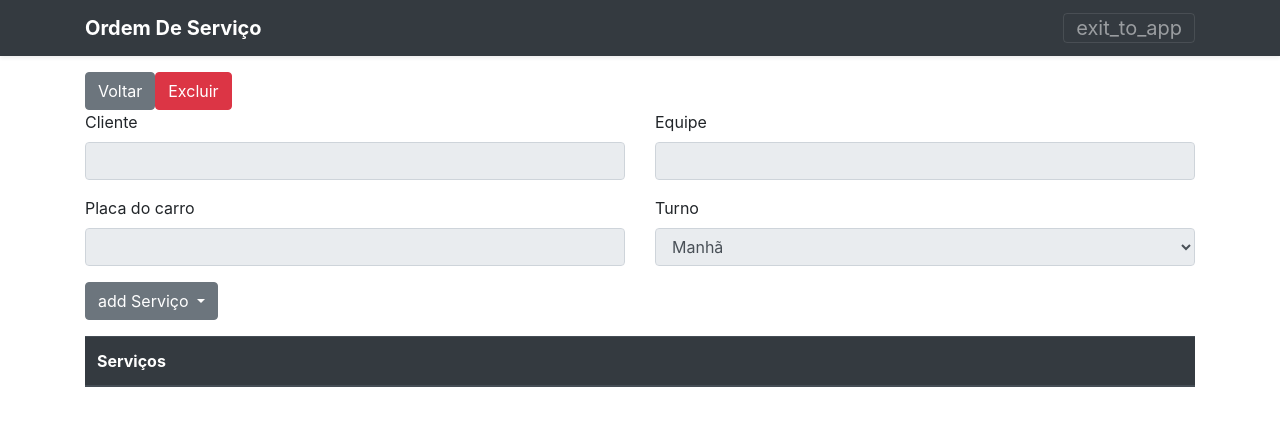
Repository: rodrigogermano/PGPARQ01C1.2N.P1.JAVA
Page: http://localhost/AppManutencaoMVC/WEB-INF/jsp/ordemdeservico/detalhe.jsp
The author's editor kept a copy of each file at every save. The page is drawn from the files as they stood at one save, then again after the next save.
The browser window is 1280 px wide. The pictures show the whole page.
The page is served by Tomcat 9. Nobody is signed in. Other server files are loaded and not shown. The template is opened directly, without the code that normally fills it, so the values that code supplies are empty.

Above is the page before, as saved 2020-04-12 19:45:48.

### AppManutencaoMVC/AppManutencaoMVC/src/main/webapp/WEB-INF/jsp/ordemdeservico/detalhe.jsp
<%@ page language="java" contentType="text/html; charset=ISO-8859-1"
    pageEncoding="ISO-8859-1"%>
<%@ taglib prefix="spring" uri="http://www.springframework.org/tags"%>
<%@ taglib prefix='c' uri='http://java.sun.com/jsp/jstl/core' %>

<jsp:include page='../master/header.jsp'></jsp:include>
<jsp:include page='../master/menu.jsp'></jsp:include>

<div class="container mt-3">

	<div class="row">
		<div class="col-12">
			<div class="btn-toolbar" role="toolbar" aria-label="Toolbar with button groups">
				<a href="/home">
					<div class="btn-group" role="group" aria-label="Third group">
				    	<button type="button" class="btn btn-secondary">Voltar</button>
				  	</div>
			  	</a>
			  	<a href="/solicitacao/${solicitacao.getId()}/excluir">
					<div class="btn-group" role="group" aria-label="Third group">
				    	<button type="button" class="btn btn-danger">Excluir</button>
				  	</div>
			  	</a>
			</div>
		</div>
	</div>

	<div class="row">
		<div class="col-6">
			<div class="form-group">
		    	<label>Cliente</label>
		    	<input type="text" class="form-control" value="${solicitacao.getCliente().getNome()}" readonly>
		  	</div>
		</div>
		<div class="col-6">
			<div class="form-group">
		    	<label>Equipe</label>
		    	<input type="text" class="form-control" value="${solicitacao.getEquipe()}" readonly>
		  	</div>
		</div>
	</div>

	<div class="row">
		<div class="col-6">
			<div class="form-group">
		    	<label>Placa do carro</label>
		    	<input type="text" class="form-control" value="${solicitacao.getPlacaDoCarro()}" readonly>
		  	</div>
		</div>
		<div class="col-6">
			<div class="form-group">
		    	<label>Turno</label>
		    	<select class="form-control" value="${solicitacao.getTurno()}" disabled>
		    		<option value="1">Manhã</option>
		    		<option value="2">Tarde</option>
		    		<option value="3">Noite</option>
		    	</select>
		  	</div>
		</div>
	</div>


	<div class="btn-group" role="group" aria-label="Button group with nested dropdown">
	  <div class="btn-group" role="group">
	    <button id="btnGroupDrop1" type="button" class="btn btn-secondary dropdown-toggle" data-toggle="dropdown" aria-haspopup="true" aria-expanded="false">
	      <span class="material-icons">add</span> Serviço
	    </button>
	    <div class="dropdown-menu" aria-labelledby="btnGroupDrop1">
	      <a class="dropdown-item" href="/solicitacao/${solicitacao.getId()}/corretiva">Corretiva</a>
	      <a class="dropdown-item" href="/solicitacao/${solicitacao.getId()}/preditiva">Preditiva</a>
	      <a class="dropdown-item" href="/solicitacao/${solicitacao.getId()}/preventiva">Preventiva</a>
	    </div>
	  </div>
	</div>


	<table class="table table-striped mt-3">
	  <thead class="thead-dark">
	    <tr>
	      <th scope="col">Serviços</th>
	    </tr>
	  </thead>
	  <tbody>
	  	<c:forEach var="ordem" items="${solicitacao.getOrdensDeServico()}">
		    <tr>
		      <td>${ordem}</td>
		    </tr>
		</c:forEach>
	  </tbody>
	</table>


</div>
<jsp:include page='../master/footer.jsp'></jsp:include>

### AppManutencaoMVC/AppManutencaoMVC/src/main/webapp/WEB-INF/jsp/master/header.jsp
<%@ page language="java" contentType="text/html; charset=ISO-8859-1"
    pageEncoding="ISO-8859-1"%>
<%@ taglib prefix="spring" uri="http://www.springframework.org/tags"%>

<spring:url var="img" value="/resources/images"/>
<spring:url var="css" value="/resources/css"/>

<!DOCTYPE html>
<html>
<head>
<meta charset="ISO-8859-1">
<meta name="viewport" content="width=device-width, initial-scale=1, shrink-to-fit=no">
<link rel="stylesheet" href="https://stackpath.bootstrapcdn.com/bootstrap/4.4.1/css/bootstrap.min.css" integrity="sha384-Vkoo8x4CGsO3+Hhxv8T/Q5PaXtkKtu6ug5TOeNV6gBiFeWPGFN9MuhOf23Q9Ifjh" crossorigin="anonymous">
<link href="https://fonts.googleapis.com/icon?family=Material+Icons"
      rel="stylesheet">
<link rel='shortcut icon' type='image/x-icon' href='${img}/favicon.ico' />
<title>Infnet - Ordem de serviço</title>
</head>
<body>

### AppManutencaoMVC/AppManutencaoMVC/src/main/webapp/WEB-INF/jsp/master/menu.jsp
<%@ page language="java" contentType="text/html; charset=ISO-8859-1"
    pageEncoding="ISO-8859-1"%>
<header>
  <div class="navbar navbar-dark bg-dark shadow-sm">
    <div class="container d-flex justify-content-between">
      <a href="/home" class="navbar-brand d-flex align-items-center">
        <strong>Ordem De Serviço</strong>
      </a>
      <a href="/login">
	      <button class="navbar-toggler" type="button">
	        <span class="material-icons">
				exit_to_app
			</span>
	      </button>
      </a>
    </div>
  </div>
</header>

### AppManutencaoMVC/AppManutencaoMVC/src/main/webapp/WEB-INF/jsp/master/footer.jsp
<%@ page language="java" contentType="text/html; charset=ISO-8859-1"
    pageEncoding="ISO-8859-1"%>
<%@ taglib prefix="spring" uri="http://www.springframework.org/tags"%>

<spring:url var="js" value="/resources/js"/>



<script src="${js}/jquery.min.js"></script>
<script src="${js}/popper.min.js"></script>
<script src="${js}/bootstrap.min.js"></script>
</body>
</html>

Loaded but not shown: AppManutencaoMVC/AppManutencaoMVC/src/main/resources/static/js/jquery.min.js (library); AppManutencaoMVC/AppManutencaoMVC/src/main/resources/static/js/popper.min.js (library); AppManutencaoMVC/AppManutencaoMVC/src/main/resources/static/js/bootstrap.min.js (library)

After the next save:
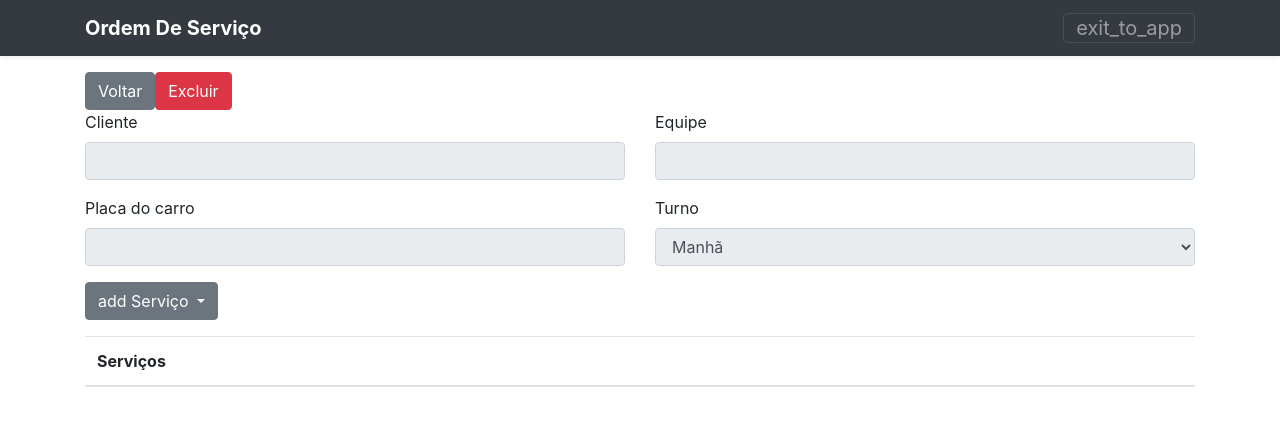
Saved 21 s later.
--- a/AppManutencaoMVC/AppManutencaoMVC/src/main/webapp/WEB-INF/jsp/ordemdeservico/detalhe.jsp
+++ b/AppManutencaoMVC/AppManutencaoMVC/src/main/webapp/WEB-INF/jsp/ordemdeservico/detalhe.jsp
@@ -75,7 +75,7 @@
 
 
 	<table class="table table-striped mt-3">
-	  <thead class="thead-dark">
+	  <thead>
 	    <tr>
 	      <th scope="col">Serviços</th>
 	    </tr>
